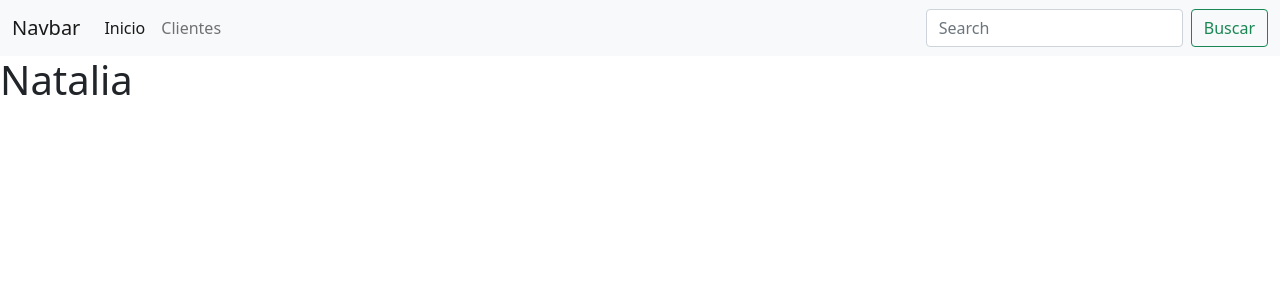
Repository: GabrielAzevedo99/back-end
Page: java-crud/src/main/webapp/index.html
An editor plug-in stored every save of this project. The page is shown before and after the next save, followed by the edit.
The browser window is 1280 px wide. The pictures show the whole page.

Above is the page before, as saved 2022-02-05 00:20:41.

After the next save:
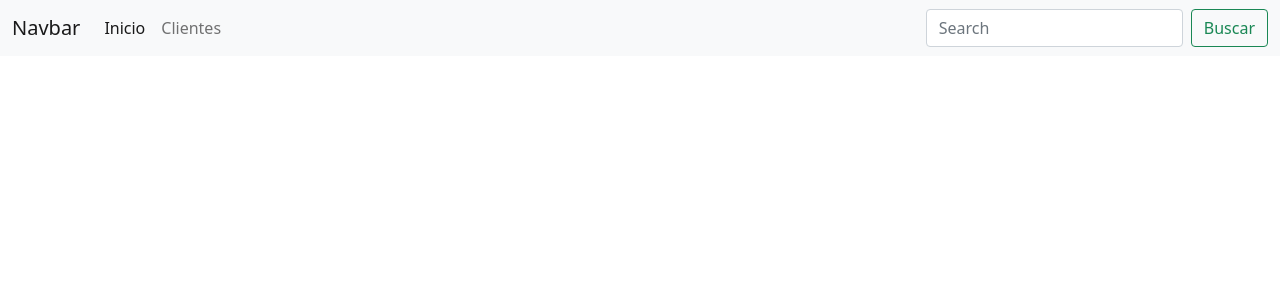
Saved 30 s later.
--- a/java-crud/src/main/webapp/index.html
+++ b/java-crud/src/main/webapp/index.html
@@ -33,6 +33,6 @@
 </nav>
 <!-- JavaScript Bundle with Popper -->
 <script src="https://cdn.jsdelivr.net/npm/bootstrap@5.1.3/dist/js/bootstrap.bundle.min.js" integrity="sha384-ka7Sk0Gln4gmtz2MlQnikT1wXgYsOg+OMhuP+IlRH9sENBO0LRn5q+8nbTov4+1p" crossorigin="anonymous"></script>
-<h1>Natalia</h1>
+
 </body>
 </html >
